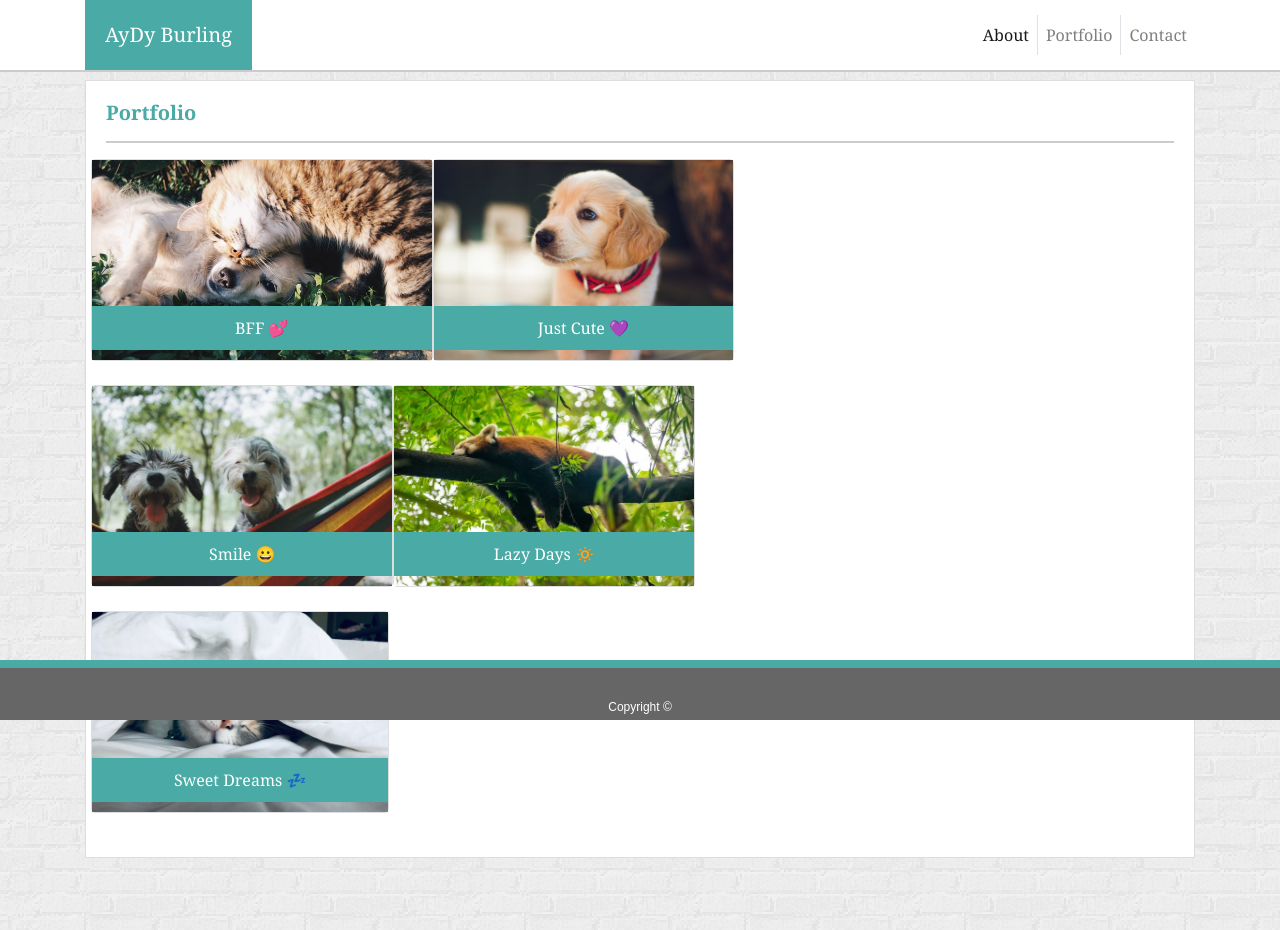
Repository: Dee1985/AyDy-Burling-prework
Page: Module-1_Assessment/portfolio.html
These files come from the project's save history. The page is drawn as it stood at one moment and after the next save; the edit follows.
The browser window is 1280 px wide. The pictures show the whole page.

Above is the page before, as saved 2020-05-22 23:02:03.

### Module-1_Assessment/portfolio.html
<!DOCTYPE html>
<html lang="en">
  <head>
    <meta charset="UTF-8" />
    <meta name="viewport" content="width=device-width, initial-scale=1.0" />
    <meta http-equiv="X-UA-Compatible" content="ie=edge" />
    <title>Portfolio</title>
    <link rel="stylesheet" href="assets/css/reset.css" />
    <link
      rel="stylesheet"
      href="https://stackpath.bootstrapcdn.com/bootstrap/4.3.1/css/bootstrap.min.css"
      integrity="sha384-ggOyR0iXCbMQv3Xipma34MD+dH/1fQ784/j6cY/iJTQUOhcWr7x9JvoRxT2MZw1T"
      crossorigin="anonymous"
    />
    <link rel="stylesheet" href="assets/css/style.css" />
  </head>
  <body>
    <nav class="navbar navbar-light navbar-expand-lg p-0 card-gallery ">
      <div class="container">
        <a href="# "class="navbar-brand text-white"
          >AyDy Burling</a>
          <button
              class="navbar-toggler"
              type="button"
              data-toggle="collapse"
              data-target="#navbarTogglerDemo02"
              aria-controls="navbarTogglerDemo02"
              aria-expanded="false"
              aria-label="Toggle navigation"
            >
              <span class="navbar-toggler-icon"></span>
            </button>
            <div class="collapse navbar-collapse" id="navbarTogglerDemo02">
              <ul class="navbar-nav ml-auto mt-2 mt-lg-0">
                <li class="nav-item active">
                  <a class="nav-link border-right" href="index.html">About</a>
                </li>
                <li class="nav-item">
                  <a class="nav-link border-right" href="#">Portfolio</a>
                </li>
                <li class="nav-item">
                  <a class="nav-link" href="contact.html" tabindex="-1">Contact</a>
                </li>
              </ul>
            </div>
          </nav>

    <section class="card-gallery">
      <div class="container">
        <div class="row">
          <div class="col mb-4 mt-2">
            <div class="card rounded-0 mb-5">
              <div class="card-body">
              <h5 class="card-title">Portfolio</h5>
              <hr />
              <!-- start of cards -->
            <div class="row justify-content-start">
              <!-- first card -->
                <div class="col- mb-4">
                            <div class="card text-white">
                                <img src="assets/img/krista-mangulsone-9gz3wfHr65U-unsplash.jpg" width="100%" height="200" alt="cat and dog cuddles">
                                <div class="card-heading text-center">
                                    BFF 💕
                                </div>
                            </div>
                        </div>
               <!-- second card -->
                <div class="col- mb-4">
                            <div class="card text-white">
                                <img src="assets/img/berkay-gumustekin-ngqyo2AYYnE-unsplash.jpg" width="100%" height="200" alt="puppy pic">
                                <div class="card-heading text-center">
                                    Just Cute 💜
                                </div>
                            </div>
                  </div>
            </div>
               <!-- third card -->
            <div class="row">
              <div class="col- mb-4">
                            <div class="card text-white">
                                <img src="assets/img/alvan-nee-FHl79chXS6s-unsplash.jpg" width="100%" height="200px" alt="two dogs smiling">
                                <div class="card-heading text-center">
                                    Smile 😀
                                </div>
                            </div>
                        </div>
               <!-- fourth card -->
                   <div class="col- mb-4">
                            <div class="card text-white">
                                <img src="assets/img/chris-curry-GYpsSWHslHA-unsplash.jpg" width="100%" height="200px" alt="animal sleeping on branch">
                                <div class="card-heading text-center">
                                    Lazy Days 🔅
                                </div>
                            </div>
                        </div>
                        </div>
               <!-- fifth card -->
               <div class="row justify-content-start">
                   <div class="col- mb-4">
                            <div class="card text-white">
                                <img src="assets/img/kate-stone-matheson-uy5t-CJuIK4-unsplash.jpg" width="100%" height="200px" alt="cat under a blanket">
                                <div class="card-heading text-center">
                                    Sweet Dreams 💤
                                </div>
                            </div>
                        </div>
                        </div>

            </div>
              </div>
            </div>
          </div>
        </div>
      </div>
    </section>
    <footer>
      <div class="fixed text-center text-white"> Copyright &copy;</div>
    </footer>

    <script
      src="https://code.jquery.com/jquery-3.3.1.slim.min.js"
      integrity="sha384-q8i/X+965DzO0rT7abK41JStQIAqVgRVzpbzo5smXKp4YfRvH+8abtTE1Pi6jizo"
      crossorigin="anonymous"
    ></script>
    <script
      src="https://cdnjs.cloudflare.com/ajax/libs/popper.js/1.14.7/umd/popper.min.js"
      integrity="sha384-UO2eT0CpHqdSJQ6hJty5KVphtPhzWj9WO1clHTMGa3JDZwrnQq4sF86dIHNDz0W1"
      crossorigin="anonymous"
    ></script>
    <script
      src="https://stackpath.bootstrapcdn.com/bootstrap/4.3.1/js/bootstrap.min.js"
      integrity="sha384-JjSmVgyd0p3pXB1rRibZUAYoIIy6OrQ6VrjIEaFf/nJGzIxFDsf4x0xIM+B07jRM"
      crossorigin="anonymous"
    ></script>
  </body>
</html>

### Module-1_Assessment/assets/css/style.css
* {
	box-sizing: border-box;
	margin: 0;
	padding: 0;
}

section {
	/* https://www.toptal.com/designers/subtlepatterns/?s=brick */
	background-image: url('../img/brickwall_@2X.png');
	background-position: center;
}

nav {
	font-family: Cambria, Cochin, Georgia, Times, 'Times New Roman', serif;
}

.btn {
	background-color: #4aaaa5;
	border-color: #4aaaa5;
}
.navbar {
	border-bottom: 2px solid #cccccc;
}
a.navbar-brand {
	background-color: #4aaaa5;
	padding: 20px;
	margin: 0;
}
hr {
	border-top: 2px solid;
	border-color: #cccccc;
}

.card {
	font-family: Arial, Helvetica, sans-serif;
	border-color: #dddddd;
	height: auto;
}
.card-title {
	font-size: 20px;
	color: #4aaaa5;
	font-family: Cambria, Cochin, Georgia, Times, 'Times New Roman', serif;
	font-weight: bold;
}
.card-heading {
	background-color: #4aaaa5;
	font-size: 16px;
	font-family: Cambria, Cochin, Georgia, Times, 'Times New Roman', serif;
	position: absolute;
	bottom: 5%;
	width: 100%;
	padding-top: 10px;
	padding-bottom: 10px;
}

footer {
	position: fixed;
	left: 0;
	bottom: 0;
	width: 100%;
	border-top: 8px solid #4aaaa5;
	background-color: #666666;
	color: #ffffff;
	font-family: Arial, 'Helvetica Neue', Helvetica, sans-serif;
	font-size: 12px;
	height: 60px;
	padding-top: 30px;
}

Loaded but not shown: Module-1_Assessment/assets/css/reset.css (common file)

After the next save:
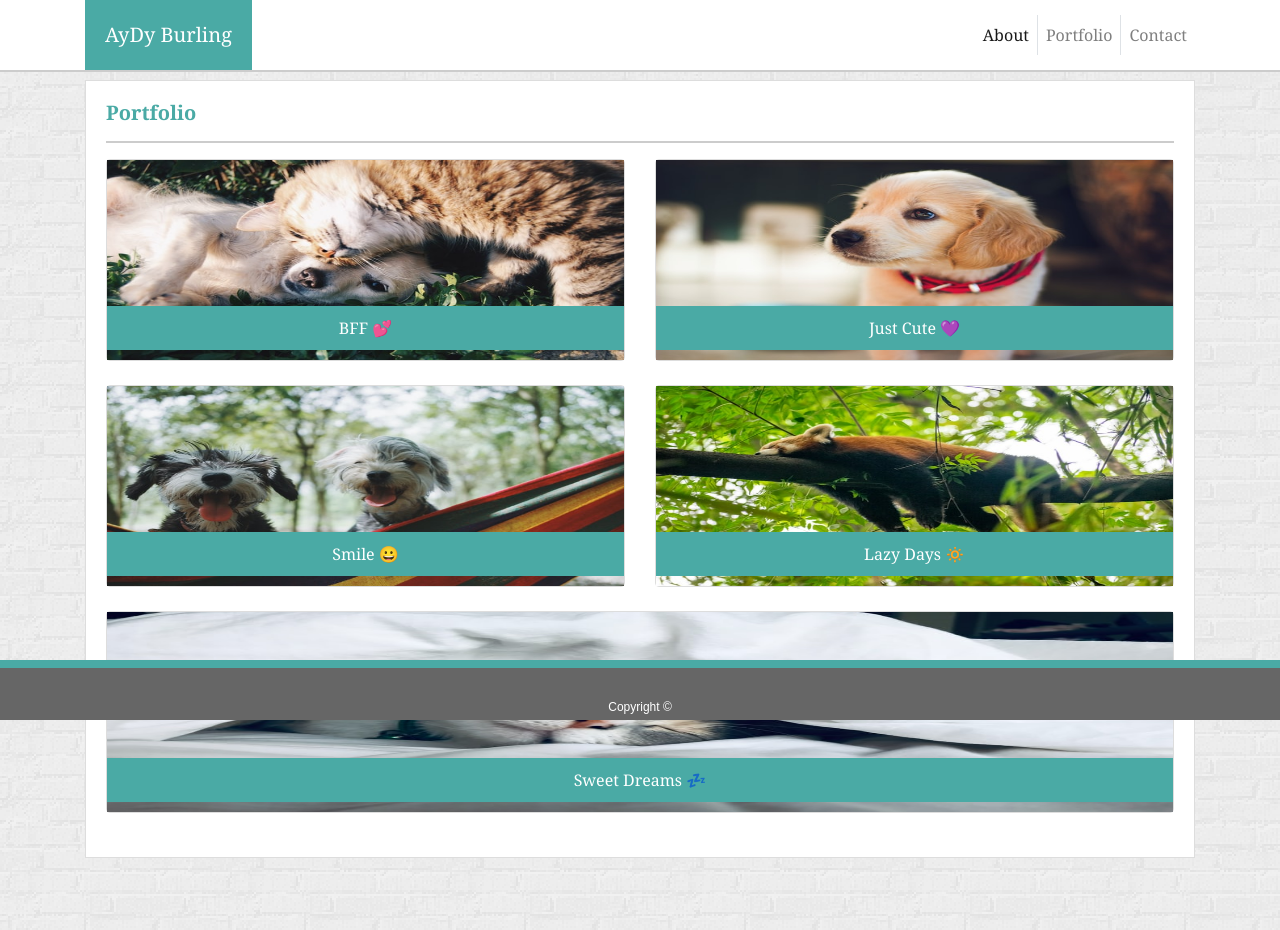
Saved 11 s later.
--- a/Module-1_Assessment/portfolio.html
+++ b/Module-1_Assessment/portfolio.html
@@ -56,7 +56,7 @@
               <!-- start of cards -->
             <div class="row justify-content-start">
               <!-- first card -->
-                <div class="col- mb-4">
+                <div class="col mb-4">
                             <div class="card text-white">
                                 <img src="assets/img/krista-mangulsone-9gz3wfHr65U-unsplash.jpg" width="100%" height="200" alt="cat and dog cuddles">
                                 <div class="card-heading text-center">
@@ -65,7 +65,7 @@
                             </div>
                         </div>
                <!-- second card -->
-                <div class="col- mb-4">
+                <div class="col mb-4">
                             <div class="card text-white">
                                 <img src="assets/img/berkay-gumustekin-ngqyo2AYYnE-unsplash.jpg" width="100%" height="200" alt="puppy pic">
                                 <div class="card-heading text-center">
@@ -76,7 +76,7 @@
             </div>
                <!-- third card -->
             <div class="row">
-              <div class="col- mb-4">
+              <div class="col mb-4">
                             <div class="card text-white">
                                 <img src="assets/img/alvan-nee-FHl79chXS6s-unsplash.jpg" width="100%" height="200px" alt="two dogs smiling">
                                 <div class="card-heading text-center">
@@ -85,7 +85,7 @@
                             </div>
                         </div>
                <!-- fourth card -->
-                   <div class="col- mb-4">
+                   <div class="col mb-4">
                             <div class="card text-white">
                                 <img src="assets/img/chris-curry-GYpsSWHslHA-unsplash.jpg" width="100%" height="200px" alt="animal sleeping on branch">
                                 <div class="card-heading text-center">
@@ -96,7 +96,7 @@
                         </div>
                <!-- fifth card -->
                <div class="row justify-content-start">
-                   <div class="col- mb-4">
+                   <div class="col mb-4">
                             <div class="card text-white">
                                 <img src="assets/img/kate-stone-matheson-uy5t-CJuIK4-unsplash.jpg" width="100%" height="200px" alt="cat under a blanket">
                                 <div class="card-heading text-center">
